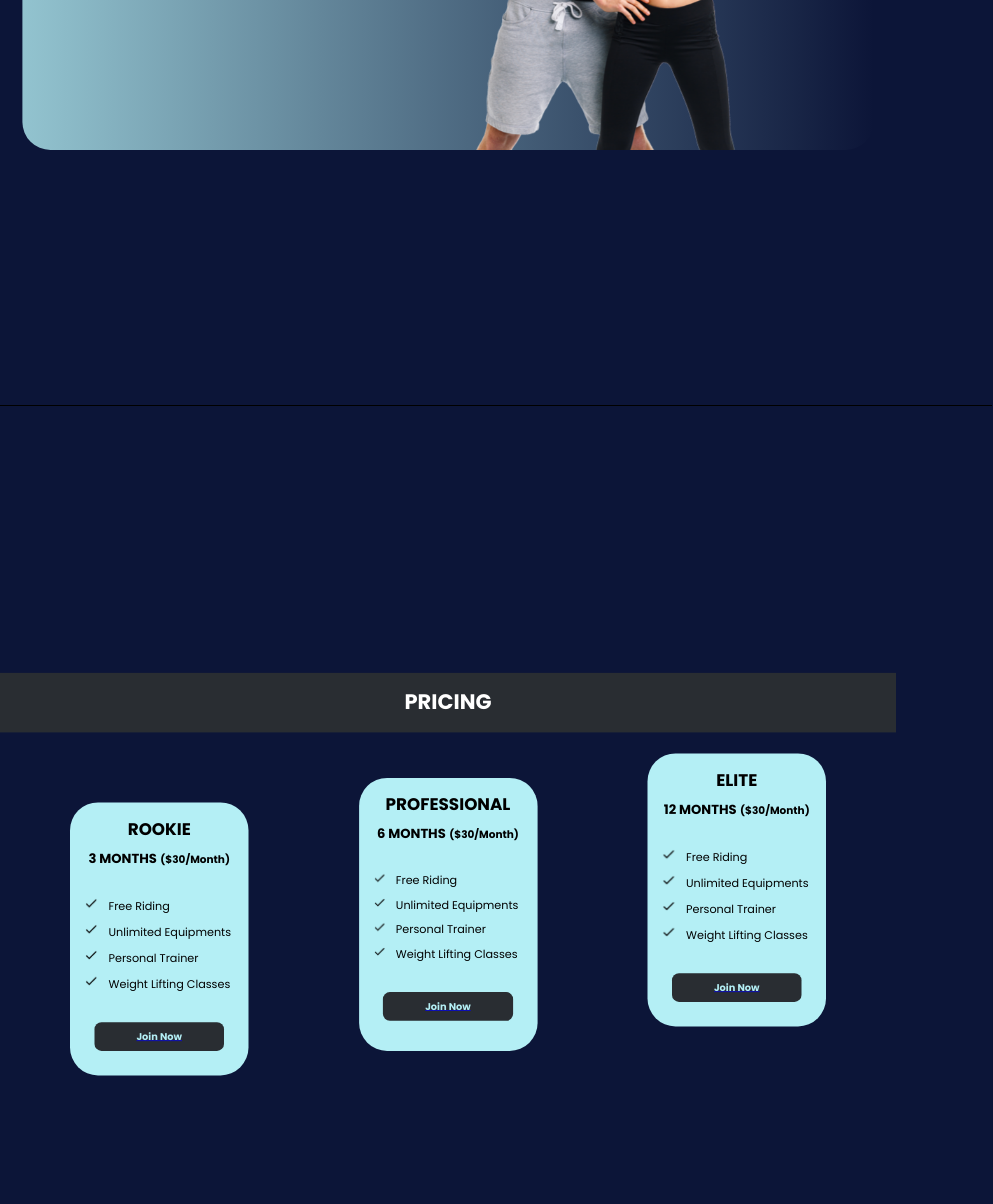
Repository: Rellzcodez/Group1-Team8
Page: index.html
These files come from the project's save history. The page is drawn as it stood at one moment and after the next save; the edit follows.
The browser window is 1280 px wide. The page is 1418 px wide, so the pictures cover 1418 px, including what lies to the right of the window. The pictures show the part of the page from y = 2325 to 4045 px (the page is 5947 px tall before and 3382 px after), at 70% of full size.

Above is the page before, as saved 2022-09-02 10:39:21.

After the next save:
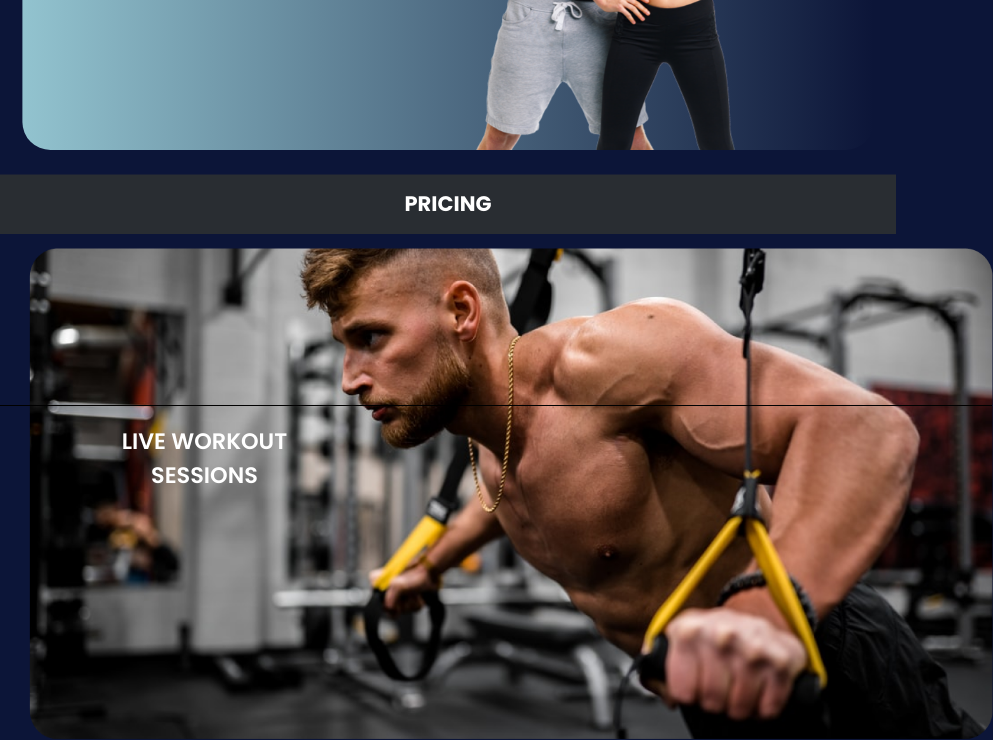
Saved 11 s later.
--- a/css/style.css
+++ b/css/style.css
@@ -274,7 +274,7 @@ width: 90%;}
 
 /* live session */
 .live-workout {
-  /* position: absolute; */
+  position: absolute;
 width: 1376px;
 height: 702px;
 left: 32px;
